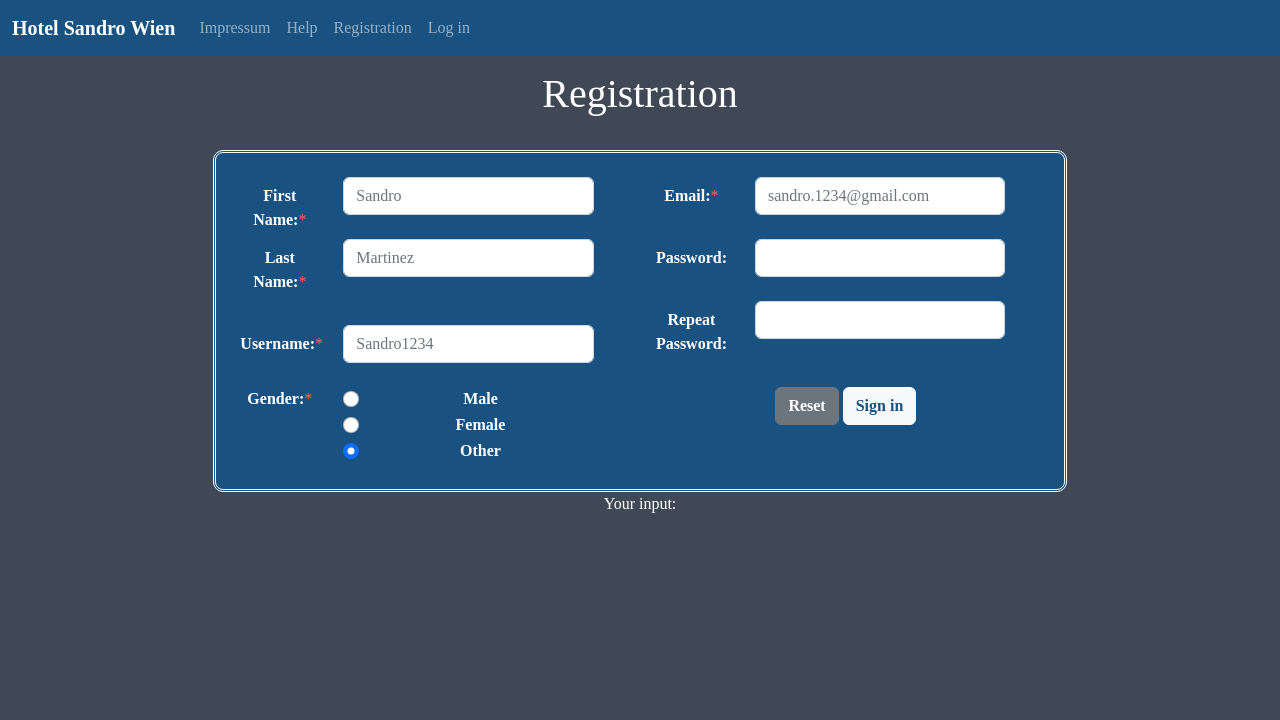
Repository: TIS0N/Hotel_Sandro
Page: http://localhost/pages/registration.php
The author's editor kept a copy of each file at every save. The page is drawn from the files as they stood at one save, then again after the next save.
The browser window is 1280 px wide. The pictures show the whole page.
The page is run by PHP 8.4 with error messages shown; the project is at /var/www/html/.

Above is the page before, as saved 2022-10-12 12:16:47.

After the next save:
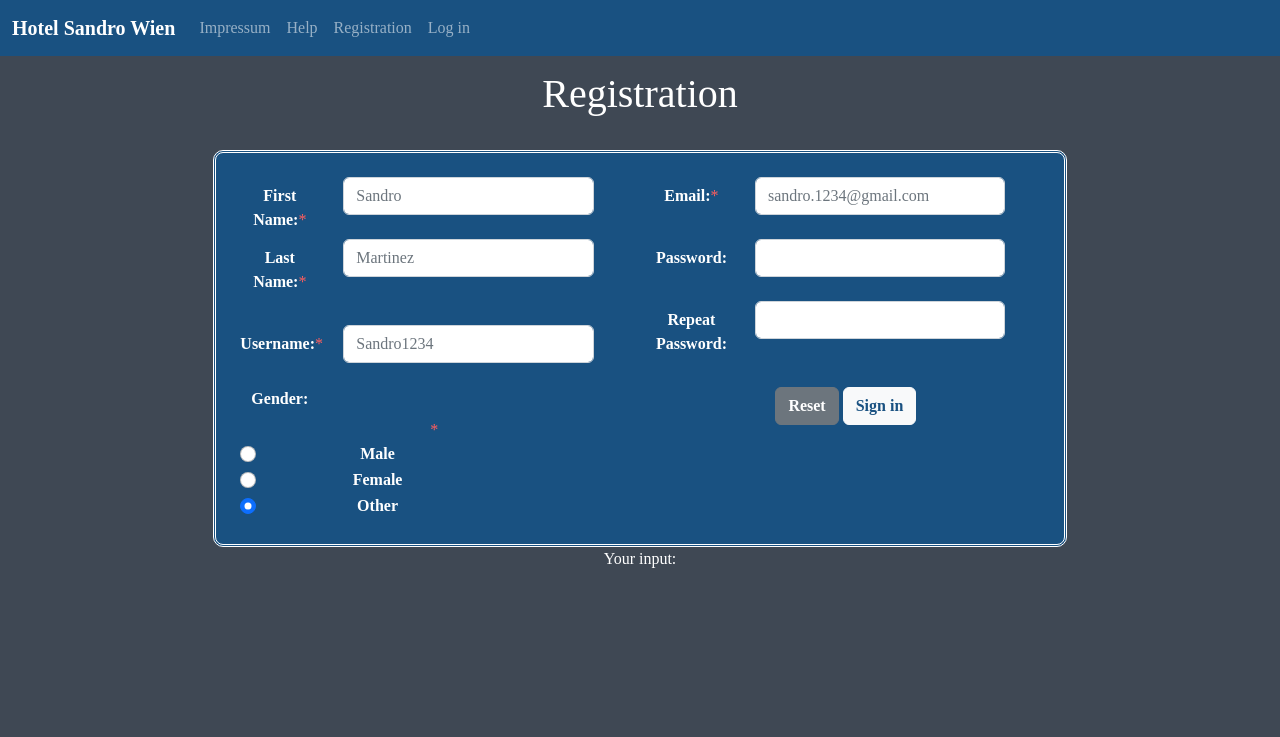
Saved 3 min 17 s later.
--- a/pages/registration.php
+++ b/pages/registration.php
@@ -91,8 +91,8 @@ include "../inc/navigation.php";
                                     </div>
 
                                     <fieldset class="row mb-4">
-                                        <legend class="col-form-label col-sm-3 pt-0"><strong>Gender:</strong><span class="error" style="color: rgb(255, 94, 94);">* <?php echo $genderErr;?></span></legend>
-
+                                        <legend class="col-form-label col-sm-3 pt-0"><strong>Gender:</strong></legend>
+                                        <span class="error" style="color: rgb(255, 94, 94);">* <?php echo $genderErr;?></span>
                                         <div class="col-sm-8">
                                         <div class="form-check">
                                             <input class="form-check-input" type="radio" name="gender" id="male" name="gender" value="male" checked>
